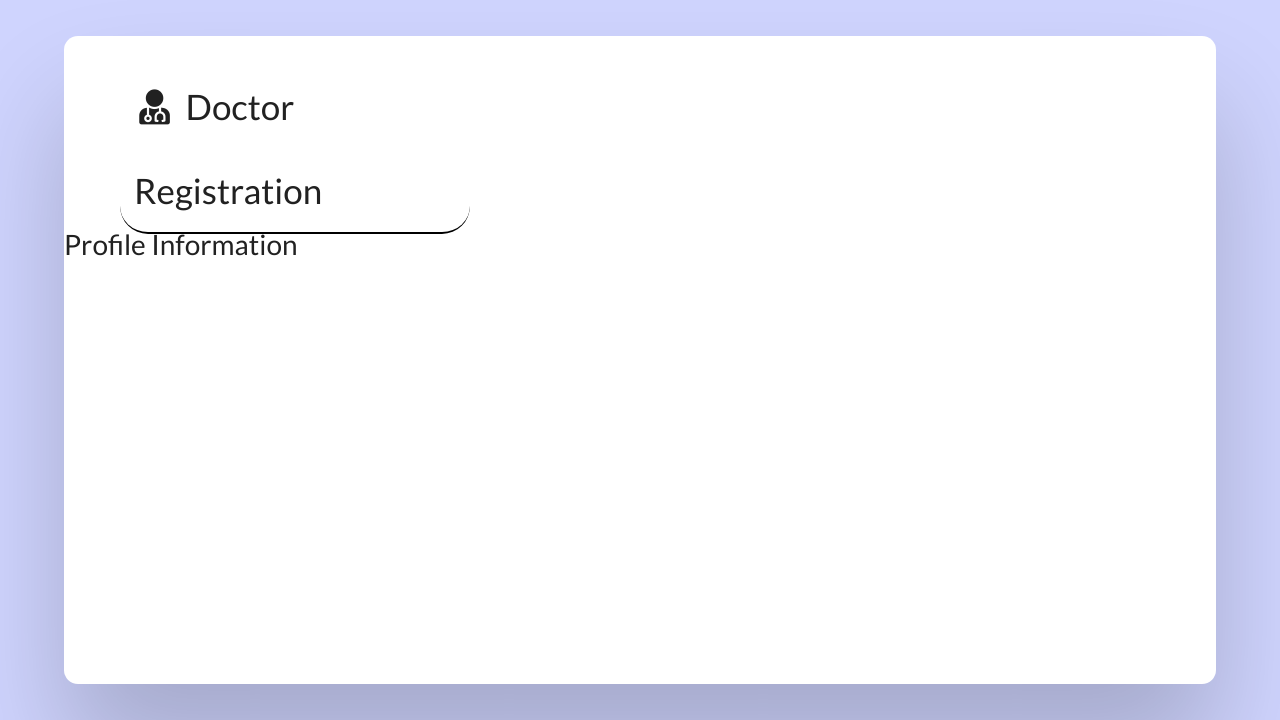
Repository: ajayaj2001/healthcare-digitization
Page: /doctorRegister
These files come from the project's save history. The page is drawn as it stood at one moment and after the next save; the edit follows.
The browser window is 1280 px wide. The pictures show the whole page.
The project was rebuilt for these pictures with package versions that can differ from the ones it lists, and the page was loaded fresh each time. Also part of the build but not shown: src/component/userType/UserType.scss, src/component/userType/UserType.js, src/component/login/Login.scss, src/component/login/loginForm/LoginForm.scss, src/component/login/loginForm/LoginForm.js, src/component/login/Login.js, src/component/register/Register.scss, src/component/register/registerForm/RegisterForm.scss and 2 more.

Above is the page before, as saved 2021-03-13 11:23:55.

### public/index.html
<!DOCTYPE html>
<html lang="en">

<head>
  <meta charset="utf-8" />
  <meta name="viewport" content="width=device-width, initial-scale=1" />
  <meta name="theme-color" content="#000000" />
  <meta name="description" content="Web site created using create-react-app" />
  <link rel="stylesheet" href="https://fonts.googleapis.com/css?family=Roboto:300,400,500,700&display=swap" />
  <link rel="stylesheet" href="https://fonts.googleapis.com/icon?family=Material+Icons" />

  <!--
      manifest.json provides metadata used when your web app is installed on a
      user's mobile device or desktop. See https://developers.google.com/web/fundamentals/web-app-manifest/
    -->
  <!-- <link rel="manifest" href="%PUBLIC_URL%/manifest.json" /> -->
  <!--
      Notice the use of %PUBLIC_URL% in the tags above.
      It will be replaced with the URL of the `public` folder during the build.
      Only files inside the `public` folder can be referenced from the HTML.

      Unlike "/favicon.ico" or "favicon.ico", "%PUBLIC_URL%/favicon.ico" will
      work correctly both with client-side routing and a non-root public URL.
      Learn how to configure a non-root public URL by running `npm run build`.
    -->
  <title>medical</title>
</head>

<body>
  <noscript>You need to enable JavaScript to run this app.</noscript>
  <div id="root"></div>
  <!--
      This HTML file is a template.
      If you open it directly in the browser, you will see an empty page.

      You can add webfonts, meta tags, or analytics to this file.
      The build step will place the bundled scripts into the <body> tag.

      To begin the development, run `npm start` or `yarn start`.
      To create a production bundle, use `npm run build` or `yarn build`.
    -->
</body>

</html>

### src/index.js
import React from 'react';
import ReactDOM from 'react-dom';
import './index.scss';
import App from './component/app/App';
import 'semantic-ui-css/semantic.min.css'


ReactDOM.render(
  // <React.StrictMode>
    <App />
  // </React.StrictMode>
  ,
  document.getElementById('root')
);

### src/index.scss
code {
  font-family: source-code-pro, Menlo, Monaco, Consolas, "Courier New", monospace;
}
@mixin respond($breakpoint) {
  @if $breakpoint == phone {
    @media (max-width: 37.5em) {
      @content;
    }
  }

  @if $breakpoint == tab-land {
    @media (max-width: 75em) {
      @content;
    }
  }
  @if $breakpoint == tab-port {
    @media (max-width: 56.25em) {
      @content;
    }
  }
  @if $breakpoint == big-desktop {
    @media (min-width: 112.5em) {
      @content;
    }
  }
}

*,
*::after,
*::before {
  margin: 0;
  padding: 0;
  box-sizing: inherit;
}
body {
  font-family: "Lato", sans-serif;
  font-weight: 400;
  font-size: 16px;
  line-height: 1.7;
  color: #777;
  //padding: 30px;
  box-sizing: border-box;
  @include respond(tab-port) {
    padding: 0;
  }
}

html {
  font-size: 62.5%; //1rem=10px 10px/16px=62.5%
  @include respond(tab-land) {
    //width <1200
    font-size: 56.25%; //1rem=9px
  }
  @include respond(tab-port) {
    //<width <900
    font-size: 50%; //1rem=8px
  }
  // @include respond(phone) {
  //     //<width<600
  //     font-size: 40%; //1rem=4.8px
  // }
  @include respond(big-desktop) {
    //>1200
    font-size: 75%; //1rem=12
  }
}

### src/component/app/App.js
import './App.scss';

import UserType from "../userType/UserType";
import Login from '../login/Login';
import Register from '../register/Register';
import { BrowserRouter as Router,Route,Switch } from 'react-router-dom';
import DoctorRegister from '../doctorRegister/DoctorRegister';

function App() {
  return (
    <Router>
       <Switch>
          <Route path="/login">
           <Login/>
          </Route>
          <Route path="/register">
           <Register/>
          </Route>
          <Route path="/doctorRegister">
            <DoctorRegister/>
          </Route>
          <Route path="/">
            <UserType/>
          </Route>

        </Switch>
    {/* <div className="App">
    </div> */}
    </Router>
  );
}

export default App;

### src/component/doctorRegister/DoctorRegister.js
import React from 'react'
import './DoctorRegister.scss'
import DoctorRegisterForm from './doctorRegisterForm/DoctorRegisterForm'
import {  Icon } from 'semantic-ui-react'

const DoctorRegister = () => {
    return (
        <div className="doctorRegister__container">
            <div className="doctorRegister__main">
                <div className="doctorRegister__heading"><Icon name="user doctor"/> Doctor Registration</div>
                <DoctorRegisterForm/>
            </div>
        </div>
    )
}

export default DoctorRegister

### src/component/doctorRegister/DoctorRegister.scss
.doctorRegister{
    &__container{
        margin: 0;
        background-color: #cfd4fe;
        height: 100vh;
        display: flex;
        justify-content: center;
        align-items: center;
    }
    &__main{
        background-color: white;
        width: 90%;
        height: 90%;
        border-radius: 1rem;
        align-items: center;
        overflow: hidden;
        box-shadow: 0 5rem 8rem rgba(black, 0.2);
    }
   &__heading{
       font-size: 2.5rem;
       margin: 2rem 0rem 0rem 4rem;
       padding-left: 1rem;
       line-height: 6rem;
       border-bottom: .2rem solid black;
       width: 25rem;
       border-radius: 2rem;
   }
}

### src/component/doctorRegister/doctorRegisterForm/DoctorRegisterForm.js
import React from 'react'
import './DoctorRegisterForm.scss'
const DoctorRegisterForm = () => {
    return (
        <div className="doctorRegisterForm">
            <div className="doctorRegisterForm__heading">Profile Information</div>
        </div>
    )
}

export default DoctorRegisterForm

### src/component/doctorRegister/doctorRegisterForm/DoctorRegisterForm.scss
.doctorRegisterForm{
    &__heading{
        font-size: 2rem;
    }
}

Loaded but not shown: src/component/app/App.scss (no stored copy; drawn as an empty file)

After the next save:
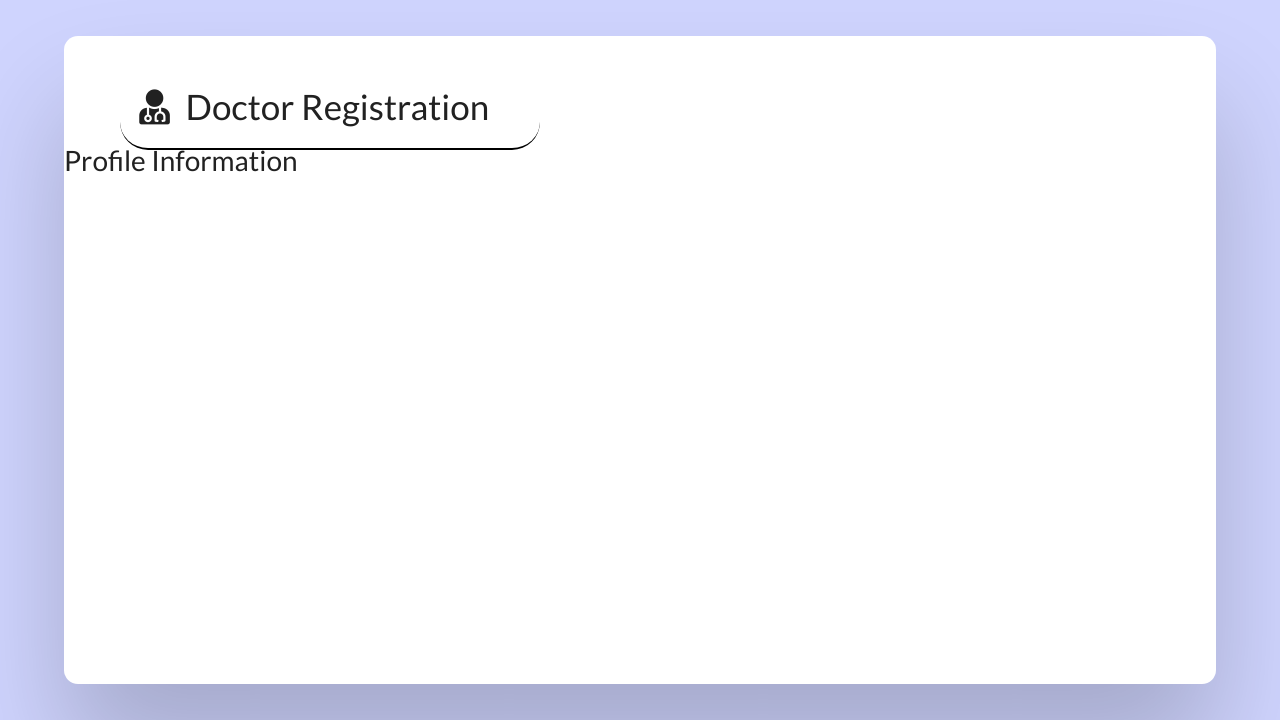
Saved 5 s later.
--- a/src/component/doctorRegister/DoctorRegister.scss
+++ b/src/component/doctorRegister/DoctorRegister.scss
@@ -22,7 +22,7 @@
        padding-left: 1rem;
        line-height: 6rem;
        border-bottom: .2rem solid black;
-       width: 25rem;
+       width: 30rem;
        border-radius: 2rem;
    }
 }
